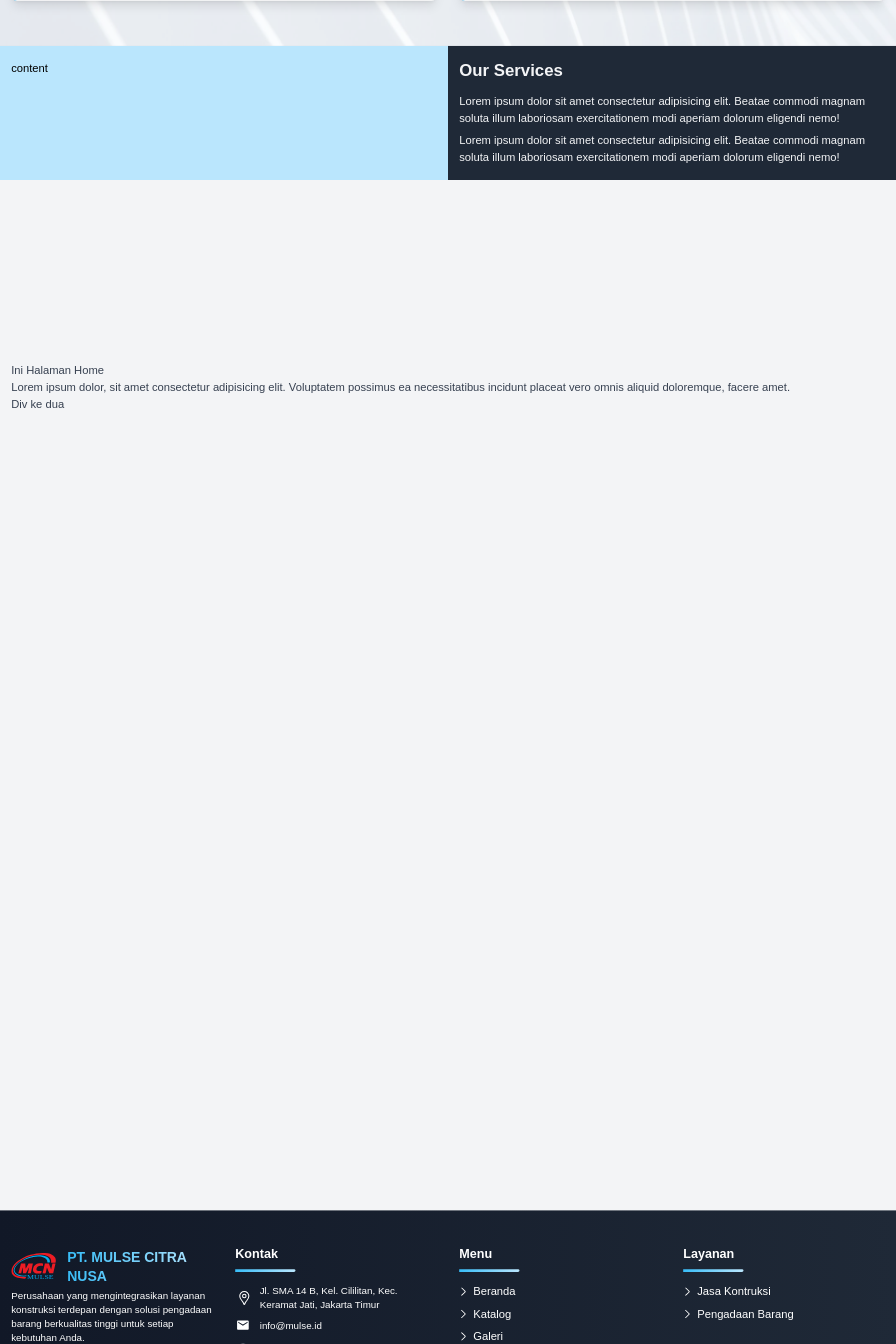
Repository: PrasBaldin/next-mulse
Page: /
These files come from the project's save history. The page is drawn as it stood at one moment and after the next save; the edit follows.
The browser window is 1280 px wide. The pictures show the part of the page from y = 1903 to 3823 px (the page is 4029 px tall before and 4133 px after), at 70% of full size.
The project was rebuilt for these pictures with package versions that can differ from the ones it lists, and the page was loaded fresh each time. The framework's server and built-in components were replaced by stand-ins that run in the browser. Also part of the build but not shown: next.config.ts.

Above is the page before, as saved 2025-02-23 04:48:18.

After the next save:
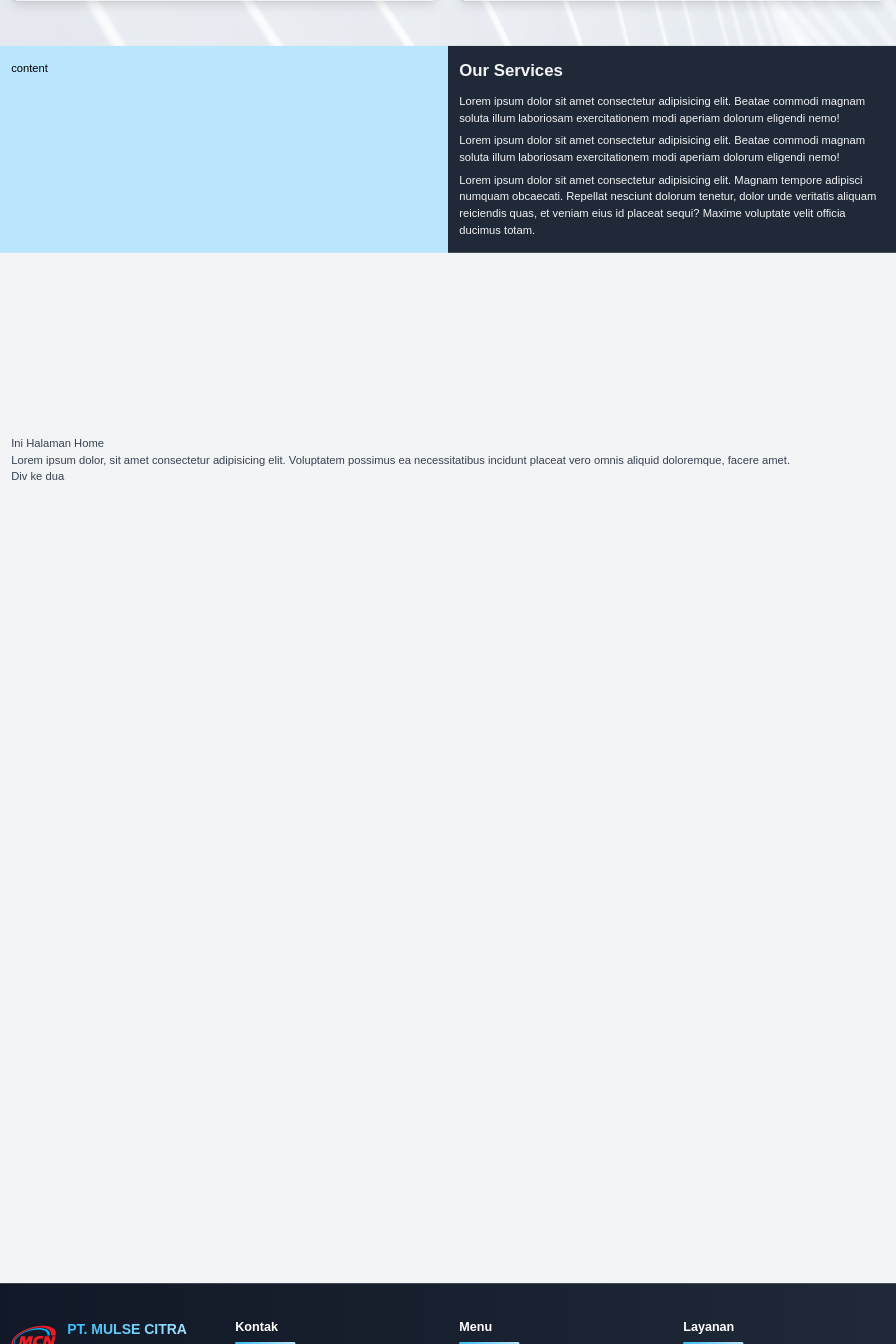
Saved 21 s later.
--- a/app/services/page.tsx
+++ b/app/services/page.tsx
@@ -14,7 +14,8 @@ const ServicesPage = () => {
                         <div className="py-5">
                             <h3 className="mb-4 text-2xl font-bold">Our Services</h3>
                             <p className="mb-2">Lorem ipsum dolor sit amet consectetur adipisicing elit. Beatae commodi magnam soluta illum laboriosam exercitationem modi aperiam dolorum eligendi nemo!</p>
-                            <p>Lorem ipsum dolor sit amet consectetur adipisicing elit. Beatae commodi magnam soluta illum laboriosam exercitationem modi aperiam dolorum eligendi nemo!</p>
+                            <p className="mb-2">Lorem ipsum dolor sit amet consectetur adipisicing elit. Beatae commodi magnam soluta illum laboriosam exercitationem modi aperiam dolorum eligendi nemo!</p>
+                            <p>Lorem ipsum dolor sit amet consectetur adipisicing elit. Magnam tempore adipisci numquam obcaecati. Repellat nesciunt dolorum tenetur, dolor unde veritatis aliquam reiciendis quas, et veniam eius id placeat sequi? Maxime voluptate velit officia ducimus totam.</p>
                         </div>
                     </div>
                 </div>
